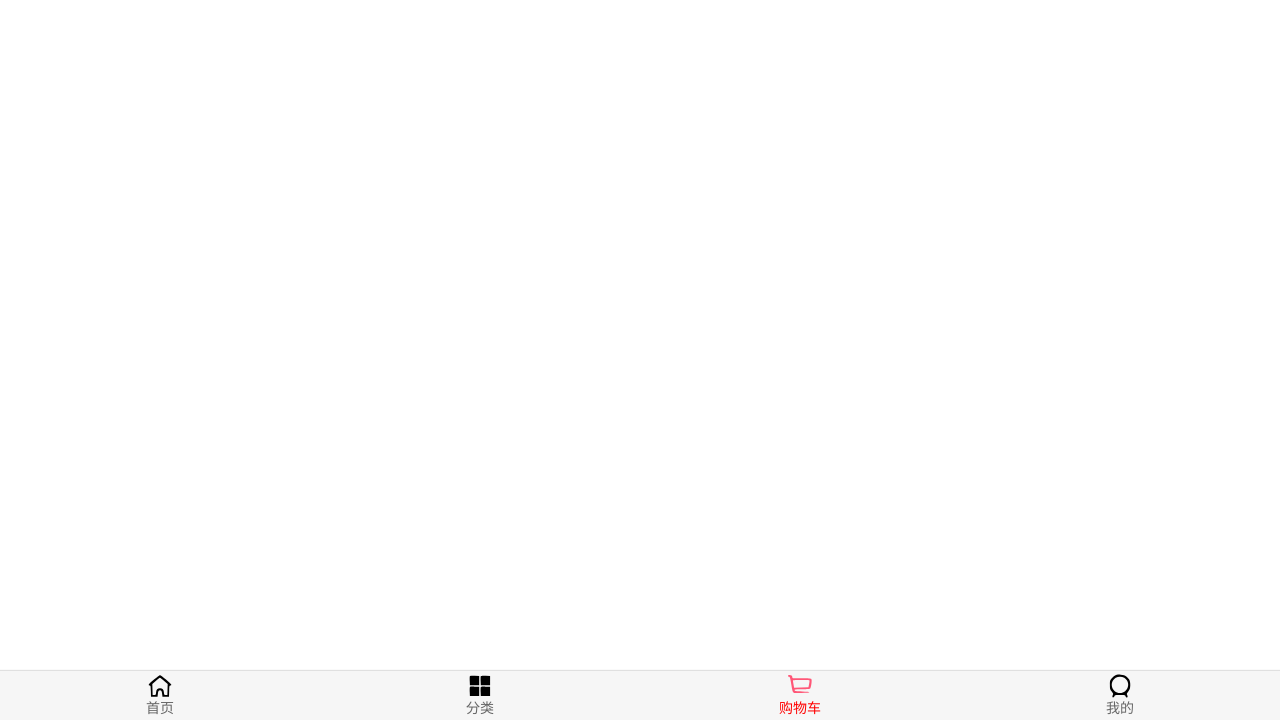
Repository: shihaowengit/mall
Page: /cart
These files come from the project's save history. The page is drawn as it stood at one moment and after the next save; the edit follows.
The browser window is 1280 px wide. The pictures show the whole page.
The project was rebuilt for these pictures with package versions that can differ from the ones it lists, and the page was loaded fresh each time. Also part of the build but not shown: vue.config.js.

Above is the page before, as saved 2019-12-01 21:43:36.

### public/index.html
<!DOCTYPE html>
<html lang="en">
  <head>
    <meta charset="utf-8">
    <meta http-equiv="X-UA-Compatible" content="IE=edge">
    <meta name="viewport" content="width=device-width,initial-scale=1.0">
    <link rel="icon" href="<%= BASE_URL %>favicon.ico">
    <title>mail</title>
  </head>
  <body>
    <noscript>
      <strong>We're sorry but mail doesn't work properly without JavaScript enabled. Please enable it to continue.</strong>
    </noscript>
    <div id="app"></div>
    <!-- built files will be auto injected -->
  </body>
</html>

### src/main.js
import Vue from 'vue'
import App from './App.vue'
import router from './router'
import store from './store'

Vue.prototype.$bus = new Vue()

Vue.config.productionTip = false

new Vue({
  router,
  store,
  render: h => h(App)
}).$mount('#app')

### src/App.vue
<template>
  <div id="app">
    <keep-alive exclude="Detail">
      <router-view/>
    </keep-alive>
    <main-tab-bar/>
  </div>
</template>

<script>
import MainTabBar from 'components/content/mainTabBar/MainTabBar'
export default {
  name: 'App',
  components: {
    MainTabBar
  }
}
</script>

<style>
  @import url('./assets/css/base.css');
</style>

### src/router/index.js
import Vue from 'vue'
import VueRouter from 'vue-router'

const Home = () => import('views/home/Home')
const Category = () => import('views/category/Category')
const Cart = () => import('views/cart/Cart')
const Profile = () => import('views/profile/Profile')
const Detail = () => import('views/detail/Detail')


//防止多次点击报错
// const originalPush = VueRouter.prototype.push
// VueRouter.prototype.push = function push(location) {
//   return originalPush.call(this, location).catch(err => err)
// }

Vue.use(VueRouter)

const routes = [
  {
    path: '',
    redirect: '/home'
  },
  {
    path: '/home',
    component: Home
  },
  {
    path: '/category',
    component: Category
  },
  {
    path: '/cart',
    component: Cart
  },
  {
    path: '/profile',
    component: Profile
  },
  {
    path: '/detail/:iid',
    component: Detail
  }
]

const router = new VueRouter({
  mode: 'history',
  base: process.env.BASE_URL,
  routes
})

export default router

### src/store/index.js
import Vue from 'vue'
import Vuex from 'vuex'
import mutations from './mutations'
import actions from './actions'

Vue.use(Vuex)

const state = {
  cartList: []
}

export default new Vuex.Store({
  state,
  mutations,
  actions
})

### src/assets/css/base.css
@import "./normalize.css";

:root {
  --color-text: #666;
  --color-high-text: #ff5777;
  --color-tint: #ff8198;
  --color-background: #fff;
  --font-size: 14px;
  --line-height: 1.5;
}

*,
*::before,
*::after {
  margin: 0;
  padding: 0;
  box-sizing: border-box;
}

body {
  font-family: "Helvetica Neue",Helvetica,"PingFang SC","Hiragino Sans GB","Microsoft YaHei","微软雅黑",Arial,sans-serif;
  user-select: none; /* 禁止用户鼠标在页面上选中文字/图片等 */
  -webkit-tap-highlight-color: transparent; /* webkit是苹果浏览器引擎，tap点击，highlight背景高亮，color颜色，颜色用数值调节 */
  background: var(--color-background);
  color: var(--color-text);
  /* rem vw/vh */
  width: 100vw;
}

a {
  color: var(--color-text);
  text-decoration: none;
}


.clear-fix::after {
  clear: both;
  content: '';
  display: block;
  width: 0;
  height: 0;
  visibility: hidden;
}

.clear-fix {
  zoom: 1;
}

.left {
  float: left;
}

.right {
  float: right;
}

### src/components/content/mainTabBar/MainTabBar.vue
<template>
  <tab-bar>
    <tab-bar-item path="/home">
      <template v-slot:item-icon>
        <img src="~assets/img/tabbar/home.svg" alt="">
      </template>
      <template v-slot:item-active-icon>
        <img src="~assets/img/tabbar/home_active.svg" alt="">
      </template>
      <template v-slot:item-text>
        <div>首页</div>
      </template>
    </tab-bar-item>
    <tab-bar-item path="/category">
      <template v-slot:item-icon>
        <img src="~assets/img/tabbar/category.svg" alt="">
      </template>
      <template v-slot:item-active-icon>
        <img src="~assets/img/tabbar/category_active.svg" alt="">
      </template>
      <template v-slot:item-text>
        <div>分类</div>
      </template>
    </tab-bar-item>
    <tab-bar-item path="/cart">
      <template v-slot:item-icon>
        <img src="~assets/img/tabbar/shopcart.svg" alt="">
      </template>
      <template v-slot:item-active-icon>
        <img src="~assets/img/tabbar/shopcart_active.svg" alt="">
      </template>
      <template v-slot:item-text>
        <div>购物车</div>
      </template>
    </tab-bar-item>
    <tab-bar-item path="/profile">
      <template v-slot:item-icon>
        <img src="~assets/img/tabbar/profile.svg" alt="">
      </template>
      <template v-slot:item-active-icon>
        <img src="~assets/img/tabbar/profile_active.svg" alt="">
      </template>
      <template v-slot:item-text>
        <div>我的</div>
      </template>
    </tab-bar-item>
  </tab-bar>
</template>

<script>
  import TabBar from 'components/common/tabbar/TabBar'
  import TabBarItem from 'components/common/tabbar/TabBarItem'

  export default {
    name: "MainTabBar",
    components: {
      TabBar,
      TabBarItem
    }
  }
</script>

<style scoped>

</style>

### src/views/cart/Cart.vue
<template>
  <div class="cart">

  </div>
</template>

<script>
import NavBar from 'components/common/navbar/NavBar'

export default {
  name: 'Cart',
  components: {
    NavBar
  }
}
</script>

<style>

</style>

### src/store/mutations.js
import{
  ADD_COUNTER,
  ADD_TO_CART
} from './mutations-types'

const mutations = {
  [ADD_COUNTER](state, payload) {
    payload.count += 1
  },
  [ADD_TO_CART](state, payload) {
    state.cartList.push(payload)
  }
}

export default mutations

### src/store/actions.js
import{
  ADD_COUNTER,
  ADD_TO_CART
} from './mutations-types'

const actions = {
  addCart({state, commit}, payload) {
    let oldProduct = state.cartList.find(item => item.iid === payload.iid)

    if (oldProduct) {
      commit(ADD_COUNTER, oldProduct)
    } else {
      payload.count = 1
      commit(ADD_TO_CART, payload)
    }
  }
}

export default actions

### src/components/common/tabbar/TabBar.vue
<template>
  <div id="tab-bar">
    <slot></slot>
  </div>
</template>

<script>
export default {
  name: 'TabBar'
};
</script>

<style>
  #tab-bar {
    display: flex;
    background-color: #f6f6f6;

    position: fixed;
    left: 0;
    right: 0;
    bottom: 0;

    box-shadow: 0 -1px 1px rgba(100, 100, 100, 0.2);
  }
</style>

### src/components/common/tabbar/TabBarItem.vue
<template>
  <div class="tab-bar-item" @click="itemClick">
    <div v-if="!isActive">
      <slot name="item-icon"></slot>
    </div>
    <div v-else>
      <slot name="item-active-icon"></slot>
    </div>
    <div :style="activeStyle">
      <slot name="item-text"></slot>
    </div>
  </div>
</template>

<script>
export default {
  name: 'TabBarItem',
  props: {
    path: String,
    activeColor: {
      type: String,
      default: 'red'
    }
  },
  data() {
    return {
      // isActive: true
    }
  },
  methods: {
    itemClick() {
      this.$router.push(this.path);
    }
  },
  computed: {
    activeStyle() {
      return this.isActive ? {color: this.activeColor} : {}
    },
    isActive() {
      return this.$route.path.indexOf(this.path) !== -1
    }
  }
};
</script>

<style>
  .tab-bar-item {
    flex: 1;
    text-align: center;
    height: 49px;
    font-size: 14px;
  }

  .tab-bar-item img {
    width: 24px;
    height: 24px;
    margin-top: 3px;
    vertical-align: middle;
    margin-bottom: 2px;
  }
</style>

### src/components/common/navbar/NavBar.vue
<template>
  <div class="nav-bar">
    <div class="left"><slot name="left"></slot></div>
    <div class="center"><slot name="center"></slot></div>
    <div class="right"><slot name="right"></slot></div>
  </div>
</template>

<script>
export default {
  name: 'NavBar'
}
</script>

<style>
  .nav-bar {
    display: flex;
    height: 44px;
    line-height: 44px;
    text-align: center;
    box-shadow: 0 1px 1px rgba(100, 100, 100, .1);
  }

  .left, .right {
    width: 50px;
  }

  .center {
    flex: 1;
  }
</style>

Loaded but not shown: src/assets/css/normalize.css (library); src/store/mutations-types.js (common file)

After the next save:
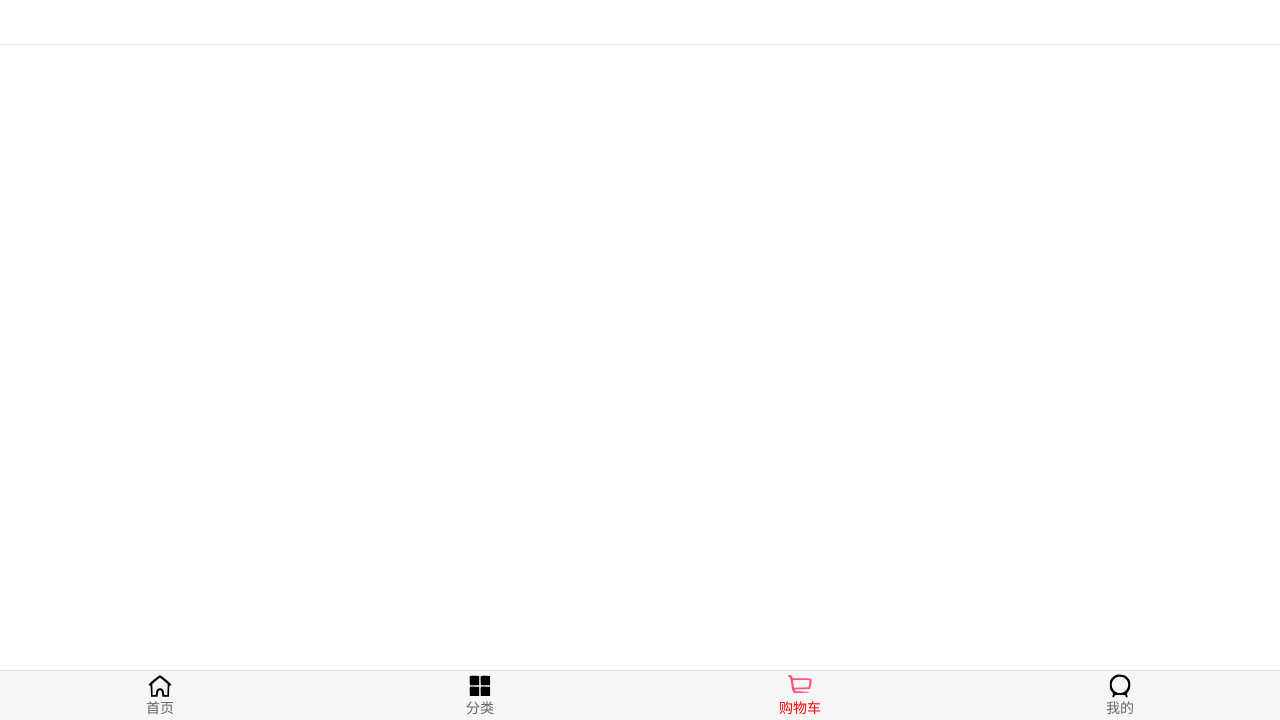
Saved 19 s later.
--- a/src/views/cart/Cart.vue
+++ b/src/views/cart/Cart.vue
@@ -1,6 +1,8 @@
 <template>
   <div class="cart">
+    <nav-bar class="home-nav">
 
+    </nav-bar>
   </div>
 </template>
 
